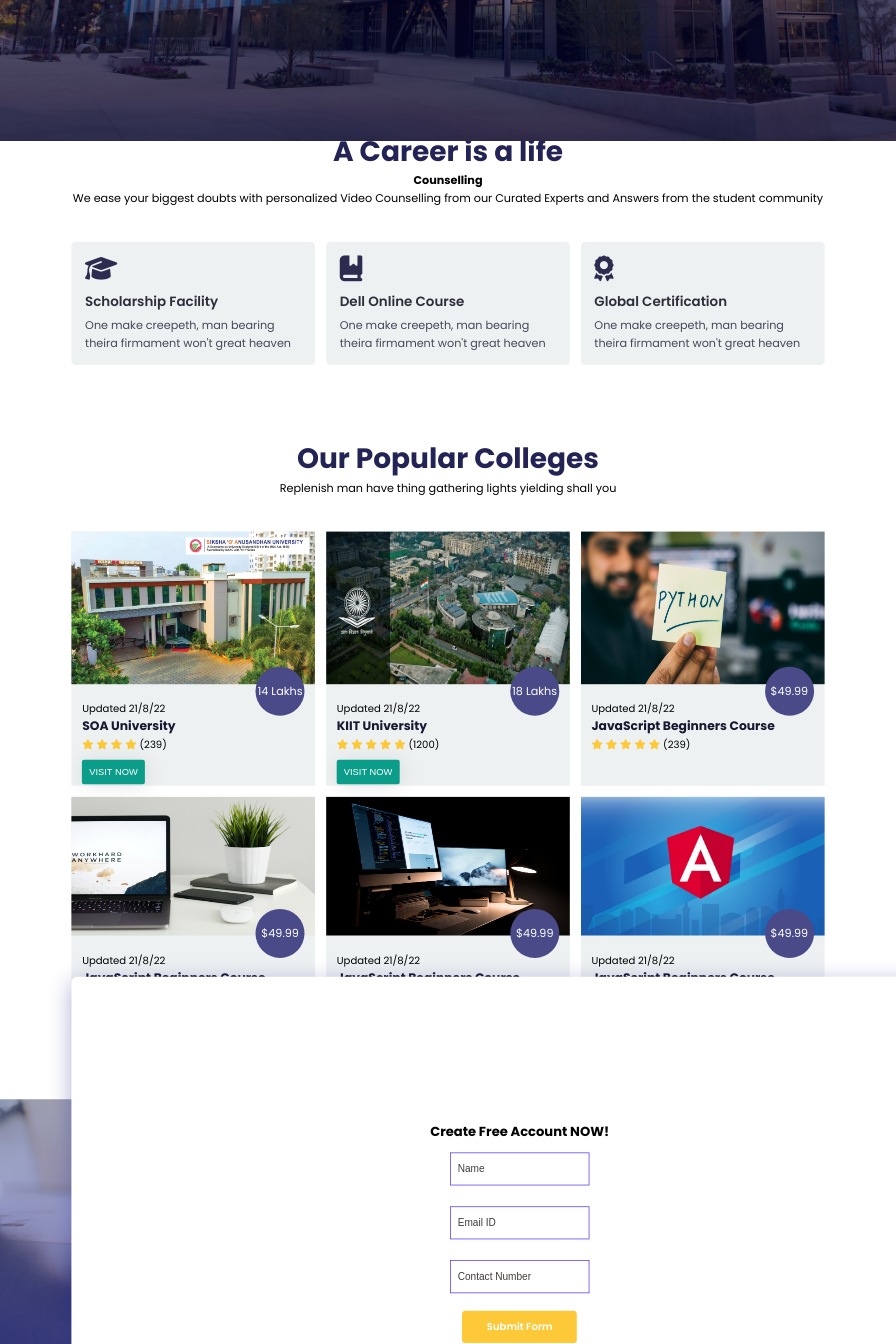
Repository: NamanSahu09/VidyaPreet-Ed-Tech-Website
Page: index.html
The author's editor kept a copy of each file at every save. The page is drawn from the files as they stood at one save, then again after a run of saves.
The browser window is 1280 px wide. The pictures show the part of the page from y = 519 to 2439 px (the page is 3681 px tall before and 3691 px after), at 70% of full size.
Some web libraries are served in a nearby version.

Above is the page before, as saved 2024-04-11 15:47:30.

### index.html
<!DOCTYPE html>
<html lang="en">
<head>
	<meta charset="UTF-8">
	<meta name="viewport" content="width=device-width, initial-scale=1.0">
	<title>VidyaPeeth</title>

	<!-- font Awesome CDN link -->
	<link rel="stylesheet" href="https://cdnjs.cloudflare.com/ajax/libs/font-awesome/6.1.1/css/all.min.css" />

	<!-- External CSS -->
	<link rel="stylesheet" href="style.css">

	<!-- JQuery CDN link -->
	<script src="https://code.jquery.com/jquery-3.6.0.min.js" integrity="sha256-/xUj+3OJU5yExlq6GSYGSHk7tPXikynS7ogEvDej/m4=" crossorigin="anonymous"></script>


	<!-- Awesome Font -->
	<script src="https://kit.fontawesome.com/fec0f6ecb6.js" crossorigin="anonymous"></script>







</head>
<body>
	<!-- Navigation start -->
	<nav>
		<img src="img/Vidya peeth.png" class="logo" alt="" height="70px"  width="250px"/>

		<div class="navigation">
			<ul>
				<i id="menu-close" class="fas fa-times"></i>
				<li><a href="index.html" class="active">Home</a></li>
				<li><a href="about.html">About Us</a></li>
				<li><a href="blog.html">Blog</a></li>
				<!-- <li><a href="courses.html">Courses</a></li> -->
				<li><a href="contact.html">Contact</a></li>
				<li><a href="#">
					<i class="far fa-user"></i>
					</a>
				</li>


			</ul>

			<img src="img/menu.png" id="menu-btn" alt="">
		</div>
	</nav>
	<!-- Navigation ends -->



  <!-- login sign-up-form -->

  <div class="form">
    <!-- login -->
    <div class="login-form">

      <!-- cancel-btn -->

      <a href="#" class="form-cancel">
        <i class="fas fa-times"></i>
      </a>


      <strong>Log In</strong>
      <!-- inputs -->
      <form >
        <input type="email" placeholder="Example@gmail.com" name="email" required>
        <input type="password" placeholder="Password" name="password" required>
        <!-- submit-btn -->
        <input type="submit" value="Log In">
      </form>

      <!-- Forget-and-signup -->
      <div class="form-btns">
          <a href="#" class="forget">Forget Your Password?</a>
          <a href="#" class="sign-up-btn">Create Account</a>
    </div>

    </div>




     <!-- Sign Up -->
     <div class="sign-up-form">

      <!-- cancel-btn -->

      <a href="#" class="form-cancel">
        <i class="fas fa-times"></i>
      </a>


      <strong>Sign In</strong>
      <!-- inputs -->
      <form >
        <input type="text" placeholder="Full Name" name="fullname" required>
        <input type="email" placeholder="Example@gmail.com" name="email" required>
        <input type="password" placeholder="Password" name="password" required>
        <!-- submit-btn -->
        <input type="submit" value="Sign Up">
      </form>

      <!-- Forget-and-signup -->
      <div class="form-btns">
          <a href="#" class="already-acount">Already have Account?</a>
    </div>

    </div>

  </div>


















	<!-- Hero section starts from here -->
	<section id="home">
			<div class="search-box">
				<div class="row">
					<input type="text" id="input-box" placeholder="Search Colleges" autocomplete="off">
					<button class="search"><i class="fa-solid fa-magnifying-glass"></i></button>
				</div>
				<div class="result-box">

				</div>
			</div>



		<!-- <h2>
			Enhance Your Future With VidyaPeeth
		</h2>
		<p>
			Lorem ipsum dolor sit amet consectetur adipisicing elit. Reiciendis, ipsum laboriosam architecto tempora explicabo ratione pariatur accusantium consequatur sed odit?
		</p>
		<div class="btn">
			<a href="#" class="blue">Learn More</a>
			<a href="#" class="yellow">Visit Courses</a>
		</div> -->
	</section>
	<!-- Hero section ends from here -->


	<!-- Features section starts from here -->
	<section id="features">
		<h1>A Career is a life</h1>
		<p> <b align="center" text-size="20pt">Counselling</b><br>
			We ease your biggest doubts with personalized Video Counselling from our
			Curated Experts and Answers from the student community

		</p>

		<div class="fea-base">
			<div class="fea-box">
				<i class="fas fa-graduation-cap"></i>
				<h3>Scholarship Facility</h3>
				<p>
					One make creepeth, man bearing theira firmament won't great heaven
				</p>
			</div>

			<div class="fea-box">
				<i class="fa-solid fa-book-bookmark"></i>
				<h3>Dell Online Course</h3>
				<p>
					One make creepeth, man bearing theira firmament won't great heaven
				</p>
			</div>

			<div class="fea-box">
				<i class="fas fa-award"></i>
				<h3>Global Certification</h3>
				<p>
					One make creepeth, man bearing theira firmament won't great heaven
				</p>
			</div>
		</div>
	</section>
	<!-- Features section ends from here -->








	<!-- Courses section starts from here -->
	<section id="course">
		<h1>Our Popular Colleges</h1>
		<p>Replenish man have thing gathering lights yielding shall you</p>

		<div class="course-box">
			<div class="courses">
				<img src="Colleges/soa.jpg" alt="">
				<div class="details">
					<span>Updated 21/8/22</span>
					<h6>SOA University</h6>

					<div class="star">
						<i class="fa-solid fa-star"></i>
						<i class="fa-solid fa-star"></i>
						<i class="fa-solid fa-star"></i>
						<i class="fa-solid fa-star"></i>


						<span>(239)</span>
					</div>
					<button onclick="location.href='https://www.soa.ac.in/'" class="apply-btn"> Visit Now </button>
				</div>
				<div class="cost">14 Lakhs</div>
			</div>

			<div class="courses">
				<img src="Colleges/kiit-uni.jpg" alt="">
				<div class="details">
					<span>Updated 21/8/22</span>
					<h6>KIIT University</h6>

					<div class="star">
						<i class="fa-solid fa-star"></i>
						<i class="fa-solid fa-star"></i>
						<i class="fa-solid fa-star"></i>
						<i class="fa-solid fa-star"></i>
						<i class="fa-solid fa-star"></i>

						<span>(1200)</span>
					</div>
					<button onclick="location.href='https://kiit.ac.in/'" class="apply-btn"> Visit Now </button>
				</div>
				<div class="cost">18 Lakhs</div>


			</div>

			<div class="courses">
				<img src="img/c3.jpg" alt="">
				<div class="details">
					<span>Updated 21/8/22</span>
					<h6>JavaScript Beginners Course</h6>

					<div class="star">
						<i class="fa-solid fa-star"></i>
						<i class="fa-solid fa-star"></i>
						<i class="fa-solid fa-star"></i>
						<i class="fa-solid fa-star"></i>
						<i class="fa-solid fa-star"></i>

						<span>(239)</span>
					</div>
				</div>
				<div class="cost">$49.99</div>
			</div>

			<div class="courses">
				<img src="img/c4.jpg" alt="">
				<div class="details">
					<span>Updated 21/8/22</span>
					<h6>JavaScript Beginners Course</h6>

					<div class="star">
						<i class="fa-solid fa-star"></i>
						<i class="fa-solid fa-star"></i>
						<i class="fa-solid fa-star"></i>
						<i class="fa-solid fa-star"></i>
						<i class="fa-solid fa-star"></i>

						<span>(239)</span>
					</div>
				</div>
				<div class="cost">$49.99</div>
			</div>

			<div class="courses">
				<img src="img/c5.jpg" alt="">
				<div class="details">
					<span>Updated 21/8/22</span>
					<h6>JavaScript Beginners Course</h6>

					<div class="star">
						<i class="fa-solid fa-star"></i>
						<i class="fa-solid fa-star"></i>
						<i class="fa-solid fa-star"></i>
						<i class="fa-solid fa-star"></i>
						<i class="fa-solid fa-star"></i>

						<span>(239)</span>
					</div>
				</div>
				<div class="cost">$49.99</div>
			</div>

			<div class="courses">
				<img src="img/c6.jpg" alt="">
				<div class="details">
					<span>Updated 21/8/22</span>
					<h6>JavaScript Beginners Course</h6>

					<div class="star">
						<i class="fa-solid fa-star"></i>
						<i class="fa-solid fa-star"></i>
						<i class="fa-solid fa-star"></i>
						<i class="fa-solid fa-star"></i>
						<i class="fa-solid fa-star"></i>

						<span>(239)</span>
					</div>
				</div>
				<div class="cost">$49.99</div>
			</div>
		</div>
	</section>
	<!-- Courses section ends from here -->


	<!-- Registration section starts from here -->
	<section id="registration">
		<div class="reminder">
			<p>Get 100 Online Courses for Free</p>
			<h1>Registration To Get It</h1>

			<div class="time">
				<div class="date">18 <br> Days</div>
				<div class="date">23 <br> Hours</div>
				<div class="date">06 <br> Minutes</div>
				<div class="date">58 <br> Seconds</div>
			</div>
		</div>

		<div class="form">
			<h3>Create Free Account NOW!</h3>

			<input type="text" placeholder="Name" name="" id="">
			<input type="email" placeholder="Email ID" name="" id="">
			<input type="text" placeholder="Contact Number" name="" id="">

			<div class="btn">
				<a href="#" class="yellow">Submit Form</a>
			</div>
		</div>
	</section>
	<!-- Registration section ends from here -->


	<!-- Experts section starts from here -->
	<section id="experts">
		<h1>Community Experts</h1>
		<p>Replenish man have thing gathering lights yielding shall you</p>
		<div class="expert-box">
			<div class="profile">
				<img src="img/pro1.webp" alt="">
				<h6>Ema Ernik</h6>
				<p>Python & Algorithms Expert</p>
				<div class="pro-links">
					<i class="fab fa-facebook"></i>
					<i class="fab fa-instagram"></i>
					<i class="fab fa-linkedin-in"></i>
				</div>
			</div>

			<div class="profile">
				<img src="img/pro2.webp" alt="">
				<h6>Jason chua</h6>
				<p>Data Design Expert</p>
				<div class="pro-links">
					<i class="fab fa-facebook"></i>
					<i class="fab fa-instagram"></i>
					<i class="fab fa-linkedin-in"></i>
				</div>
			</div>

			<div class="profile">
				<img src="img/pro3.webp" alt="">
				<h6>Maalik Halper</h6>
				<p>Full Stack Developer</p>
				<div class="pro-links">
					<i class="fab fa-facebook"></i>
					<i class="fab fa-instagram"></i>
					<i class="fab fa-linkedin-in"></i>
				</div>
			</div>

			<div class="profile">
				<img src="img/pro4.webp" alt="">
				<h6>Jennifer Lopez</h6>
				<p>Design Expert</p>
				<div class="pro-links">
					<i class="fab fa-facebook"></i>
					<i class="fab fa-instagram"></i>
					<i class="fab fa-linkedin-in"></i>
				</div>
			</div>
		</div>
	</section>
	<!-- Experts section ends from here -->

	<!-- Footer section starts from here -->
	<footer>
		<div class="footer-col">
			<h3>Top Products</h3>
			<li>Manage Reputation</li>
			<li>Power Tools</li>
			<li>Managed Website</li>
			<li>Marketing Service</li>
		</div>

		<div class="footer-col">
			<h3>Power Tools</h3>
			<li>Jobs</li>
			<li>Marketing Service</li>
			<li>Top Products</li>
			<li>Manage Reputation</li>
		</div>

		<div class="footer-col">
			<h3>Power Tools</h3>
			<li>Managed Website</li>
			<li>Manage Reputation</li>
			<li>Top Products</li>
			<li>Marketing Service</li>
		</div>

		<div class="footer-col">
			<h3>Guides</h3>
			<li>Research</li>
			<li>Experts</li>
			<li>Managed Website</li>
			<li>Marketing Service</li>
		</div>

		<div class="footer-col">
			<h3>Newsletter</h3>
			<p>You can trust us. we only send promo offers.</p>

			<div class="subscribe">
				<input type="email" placeholder="Your email Address">
				<a href="#" class="yellow">SUBSCRIBE</a>
			</div>
		</div>

		<div class="copyright">
			<p>
				Copyright @ 2024 All rights reserved.
			</p>
			<div class="pro-links">
				<i class="fab fa-facebook"></i>
				<i class="fab fa-instagram"></i>
				<i class="fab fa-linkedin-in"></i>
			</div>
		</div>
	</footer>
	<!-- Footer section ends from here -->

	<script>
		// Show menu links on burger click
		$('#menu-btn').click(function(){
			$('nav .navigation ul').addClass('active')
		});

		// Hide navbar on click function
		$('#menu-close').click(function(){
			$('nav .navigation ul').removeClass('active')
		});

 /*---For Login and Sign-up----------------------------*/

 $(document).on('click', '.far.fa-user', function(){
    $('.form').addClass('login-active').removeClass('sign-up-active');
});

$(document).on('click', '.sign-up-btn', function(){
    $('.form').removeClass('login-active').addClass('sign-up-active');
});

$(document).on('click', '.form-cancel', function(){
    $('.form').removeClass('login-active').removeClass('sign-up-active');
});

$(document).on('click', '.already-acount', function(){
    $('.form').addClass('login-active').removeClass('sign-up-active');
});


	</script>

<script src="autocomplete.js"></script>





</body>
</html>

Loaded but not shown: autocomplete.js (44 lines, source omitted); style.css (903 lines, source omitted)

After the next 10 saves:
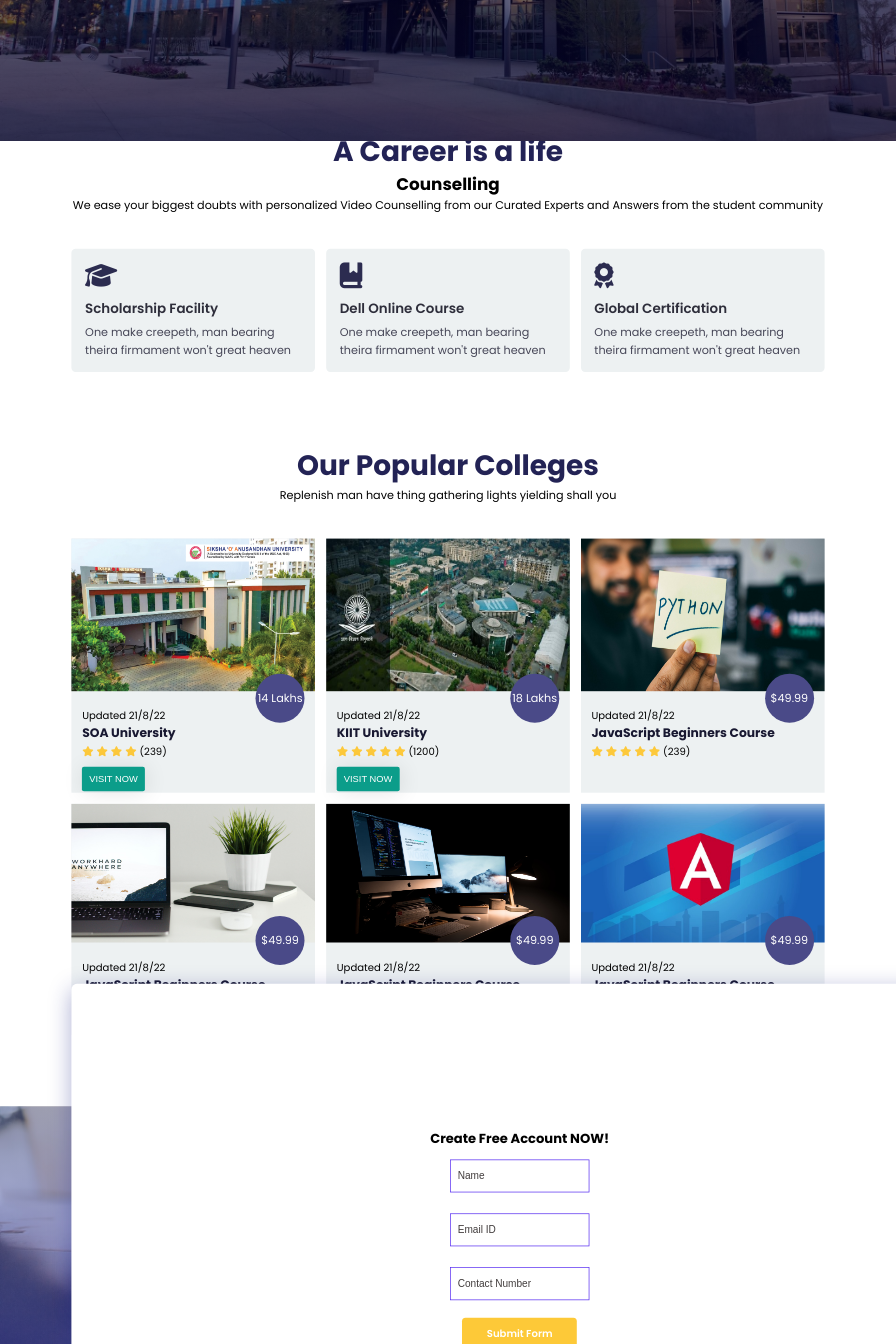
The 10 saves are shown as one change because they came seconds apart.
The last was saved 37 s later.
--- a/index.html
+++ b/index.html
@@ -163,7 +163,7 @@
 	<!-- Features section starts from here -->
 	<section id="features">
 		<h1>A Career is a life</h1>
-		<p> <b align="center" text-size="20pt">Counselling</b><br>
+		<p> <b align="center"> <font size="5"> Counselling</b></font><br>
 			We ease your biggest doubts with personalized Video Counselling from our
 			Curated Experts and Answers from the student community
 
